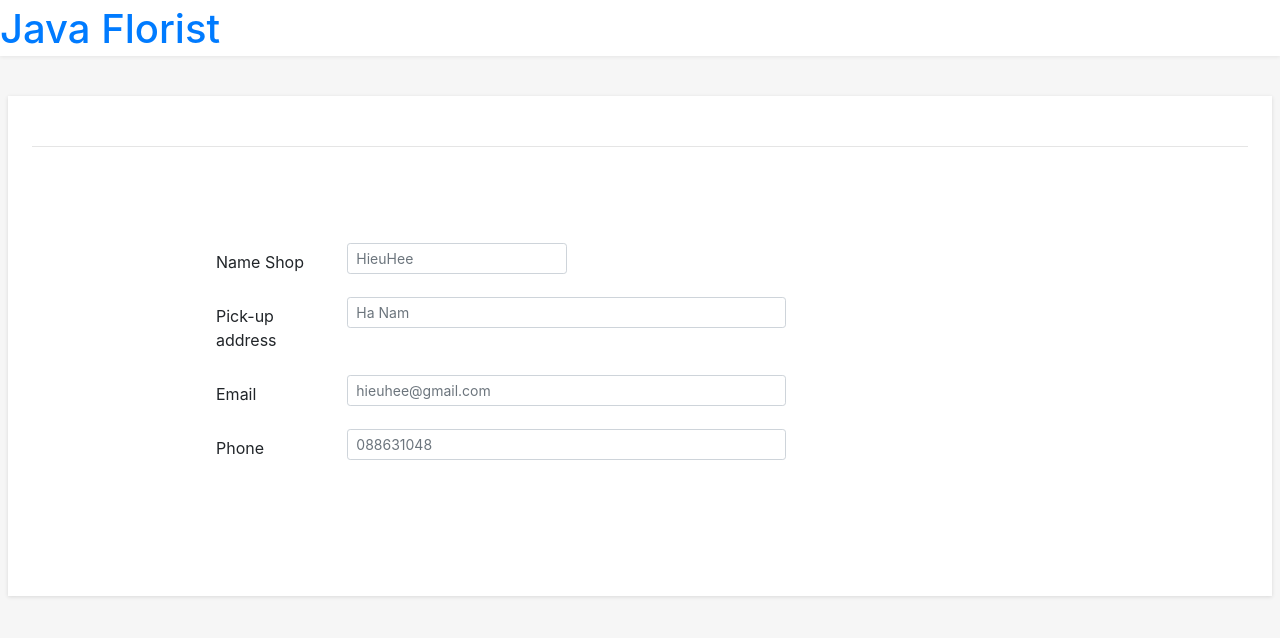
Repository: hienttm/flower-java-florist
Page: JavaFlorist/JavaFlorist/wwwroot/BecomePartner/index.html
An editor plug-in stored every save of this project. The page is shown before and after a run of saves, followed by the edit.
The browser window is 1280 px wide. The pictures show the whole page.
Some web libraries are served in a nearby version.

Above is the page before, as saved 2023-12-29 18:00:10.

### JavaFlorist/JavaFlorist/wwwroot/BecomePartner/index.html
<!DOCTYPE html>
<html lang="en">
<head>
    <meta charset="UTF-8">
    <meta name="viewport" content="width=device-width, initial-scale=1.0">
    <title>Document</title>
        <!-- Google Web Fonts -->
        <link rel="preconnect" href="https://fonts.googleapis.com">
        <link rel="preconnect" href="https://fonts.gstatic.com" crossorigin>
        <link href="https://fonts.googleapis.com/css2?family=Open+Sans:wght@400;600&family=Raleway:wght@600;800&display=swap" rel="stylesheet">

        <!-- Icon Font Stylesheet -->
        <link rel="stylesheet" href="https://use.fontawesome.com/releases/v5.15.4/css/all.css" />
        <link href="https://cdn.jsdelivr.net/npm/bootstrap-icons@1.4.1/font/bootstrap-icons.css" rel="stylesheet">

            <!-- Customized Bootstrap Stylesheet -->
            <link rel="stylesheet" href="https://cdn.jsdelivr.net/npm/bootstrap@4.0.0/dist/css/bootstrap.min.css" integrity="sha384-Gn5384xqQ1aoWXA+058RXPxPg6fy4IWvTNh0E263XmFcJlSAwiGgFAW/dAiS6JXm" crossorigin="anonymous">
        <link rel="stylesheet" href="style/Partner.css">
</head>
<body>
    <!-- Spinner Start -->
    <div class="onboarding-page">
        <div class="header">
            <a asp-action="Index" asp-controller="Home" class="navbar-brand"><h1 class="text-primary display-6"> Java Florist</h1></a>
        </div>
        <div class="onboarding">
            <div class="onboarding-layout__main">
                <div class="onboarding-layout__content onboarding-layout__card">
                    <div class="flow-step-content">
                        <div class="steps-header"></div>
                        <div class="form-input">
                            <form class="p-5">
                                <div class="form-group row">
                                  <label for="text" class="col-sm-2 col-form-label">Name Shop</label>
                                  <div class="w-25">
                                    <input class="form-control form-control-sm" type="text" placeholder="HieuHee">
                                  </div>
                                </div>
                                <div class="form-group row">
                                  <label for="text" class="col-sm-2 col-form-label">Pick-up address</label>
                                  <div class="w-50">
                                    <input type="text" class="form-control form-control-sm"  placeholder="Ha Nam">
                                  </div>
                                </div>
                                <div class="form-group row">
                                    <label for="Email" class="col-sm-2 col-form-label">Email</label>
                                    <div class="w-50">
                                      <input type="email" class="form-control form-control-sm"  placeholder="hieuhee@gmail.com">
                                    </div>
                                  </div>
                                  <div class="form-group row">
                                    <label for="phone" class="col-sm-2 col-form-label">Phone</label>
                                    <div class="w-50">
                                        <input type="phone" class="form-control form-control-sm"  placeholder="088631048">
                                    </div>
                                  </div>
                              </form>
                        </div>
                    </div>

                </div>
            </div>
        </div>
    </div>


        <!-- JavaScript Libraries -->
        <script src="https://ajax.googleapis.com/ajax/libs/jquery/3.6.4/jquery.min.js"></script>
        <script src="https://cdn.jsdelivr.net/npm/bootstrap@5.0.0/dist/js/bootstrap.bundle.min.js"></script>
</body>
</html>

### JavaFlorist/JavaFlorist/wwwroot/BecomePartner/style/Partner.css
*,
*:before,
*:after {
  box-sizing: border-box;
}
* {
  margin: 0;
  padding: 0;
  font: inherit;
}
img,
picture,
svg,
video {
  display: block;
  max-width: 100%;
}
input,
select,
textarea {
  background-color: transparent;
  outline: none;
}
button {
  cursor: pointer;
  background-color: transparent;
  outline: none;
  border: 0;
}
body {
  min-height: 100vh;
  font-weight: 400;
  font-size: 16px;
  line-height: 1;
}

.onboarding-page{
    padding-top: 56px;
    min-width: 1264px;
    margin: 0 auto;
}
.header{
    position: fixed;
    top: 0;
    left: 0;
    width: 100%;
    height: 56px;
    box-shadow: 0 1px 4px 0 rgba(0,0,0,.07);
    background-color: #fff;
    z-index: 100001;
}

.navbar-brand{
    color: #CDB4DB !important;
}
.onboarding {
    min-height: calc(100vh - 56px - 40px);
    padding-bottom: 40px;
    background-color: #f6f6f6;
    }

.onboarding-layout__main {
        padding-top: 40px;
}

.onboarding-layout__card {
    width: 1264px;
    margin: 0 auto;
    height: 500px;
    background-color: #fff;
    box-shadow: 0 1px 4px 0 rgba(0,0,0,.12);
    }

    .flow-step-content{
        padding: 50px 24px;
    }
    .steps-header{
        border-bottom: 1px solid #e5e5e5;
    }

    .form-input{
        max-width: 944px;
        margin: 48px auto 40px;
        min-height: 198px;
}

After the next 2 saves:
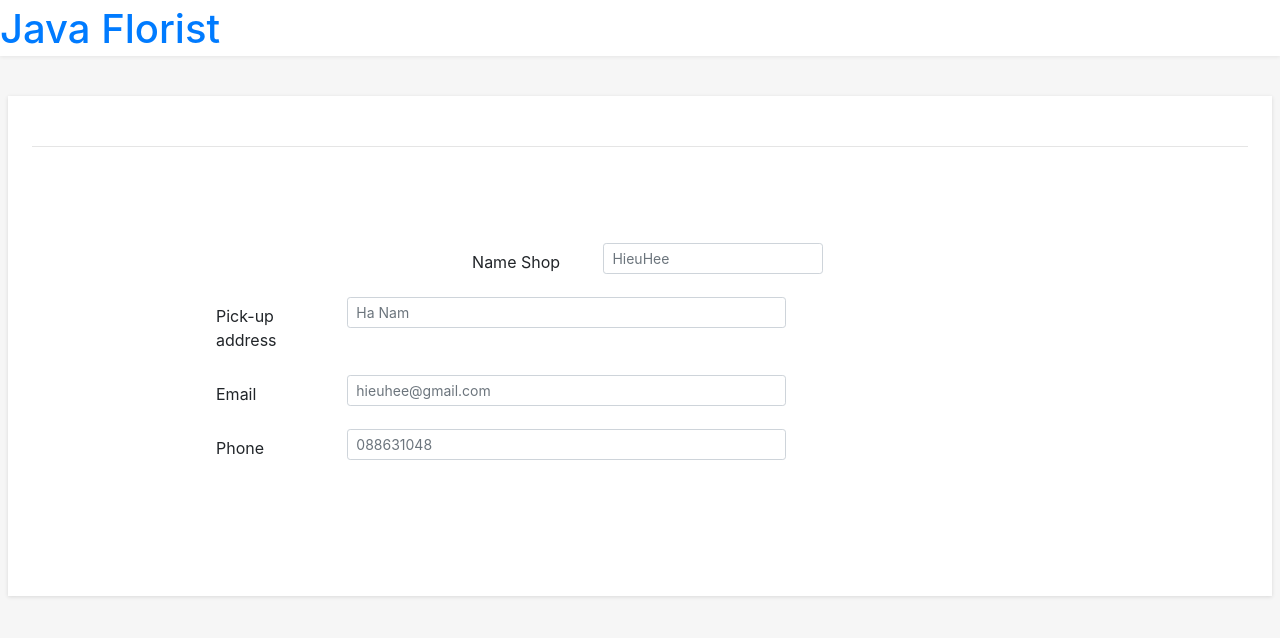
The 2 saves are shown as one change because they came seconds apart.
The last was saved 2 min 15 s later.
--- a/JavaFlorist/JavaFlorist/wwwroot/BecomePartner/index.html
+++ b/JavaFlorist/JavaFlorist/wwwroot/BecomePartner/index.html
@@ -30,7 +30,7 @@
                         <div class="steps-header"></div>
                         <div class="form-input">
                             <form class="p-5">
-                                <div class="form-group row">
+                                <div class="form-group row justify-content-center">
                                   <label for="text" class="col-sm-2 col-form-label">Name Shop</label>
                                   <div class="w-25">
                                     <input class="form-control form-control-sm" type="text" placeholder="HieuHee">
